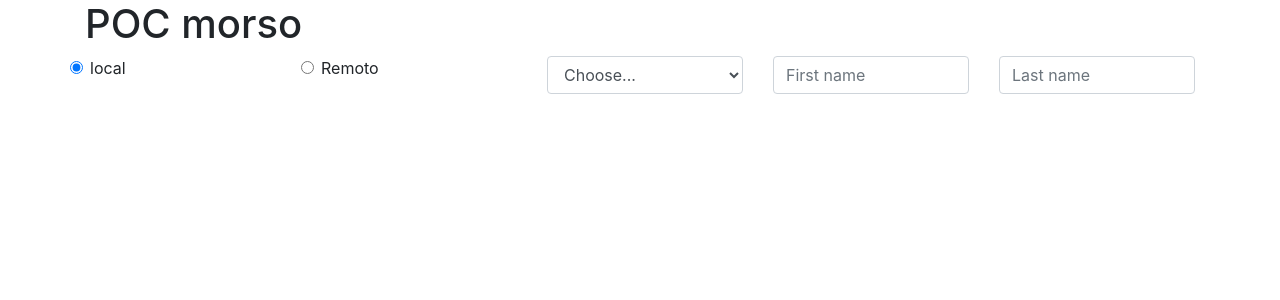
Repository: marisaoliva/poc-execute-cmd
Page: index.html
These files come from the project's save history. The page is drawn as it stood at one moment and after the next save; the edit follows.
The browser window is 1280 px wide. The pictures show the whole page.

Above is the page before, as saved 2019-03-01 14:53:24.

After the next save:
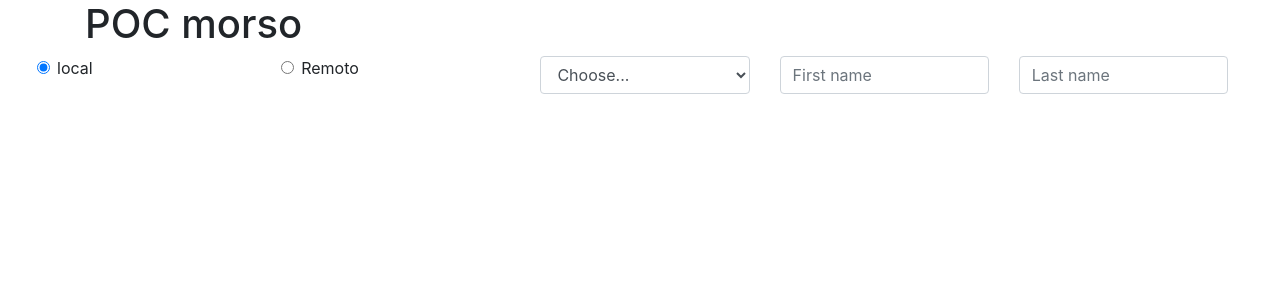
Saved 73 s later.
--- a/index.html
+++ b/index.html
@@ -6,7 +6,7 @@
         <div class='container'>
             <h1>POC morso</h1>
               <form>
-                <div class="row">
+                <div class="row mx-md-n5">
                     <div class="form-check col">
                         <input class="form-check-input" type="radio" name="exampleRadios" id="exampleRadios1" value="option1" checked>
                         <label class="form-check-label" for="exampleRadios1">
